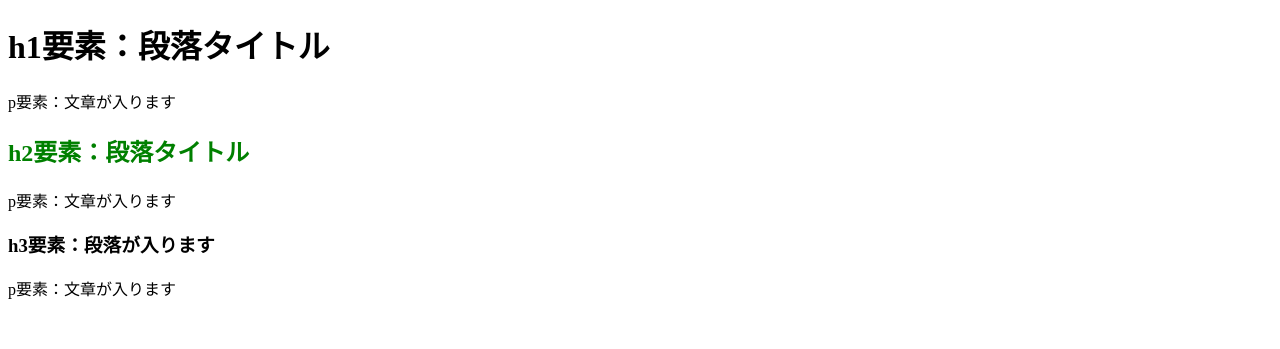
Repository: jittunYs/samurai_HTML-CSS
Page: index.html
The author's editor kept a record of every edit. The page is drawn from the files as they stood at one moment, then again after the next edit.
The browser window is 1280 px wide. The pictures show the whole page.

Above is the page before.

### index.html
<!DOCTYPE html>
<html lang = "ja">
    <head>
        <meta charset="UTF-8">
        <title>HTML/CSSの学習</title>
        <style>
            h2{color:green};
        </style>
    </head>
    <body>
        <h1>h1要素：段落タイトル</h1>
        <p>p要素：文章が入ります</p>
        <h2>h2要素：段落タイトル</h2>
        <p>p要素：文章が入ります</p>
        <h3>h3要素：段落が入ります</h3>
        <p>p要素：文章が入ります</p>
    </body>
</html>

After the next edit:
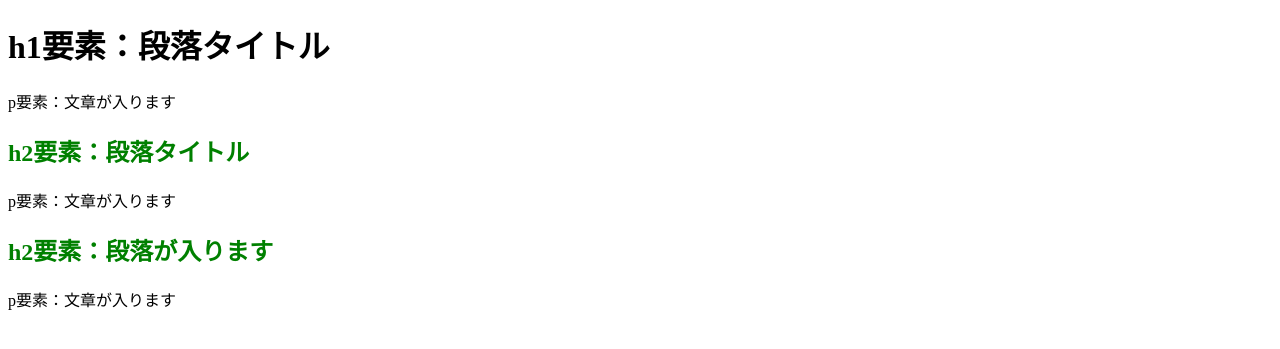
The edit:
--- a/index.html
+++ b/index.html
@@ -12,7 +12,7 @@
         <p>p要素：文章が入ります</p>
         <h2>h2要素：段落タイトル</h2>
         <p>p要素：文章が入ります</p>
-        <h3>h3要素：段落が入ります</h3>
+        <h2>h2要素：段落が入ります</h2>
         <p>p要素：文章が入ります</p>
     </body>
 </html>
